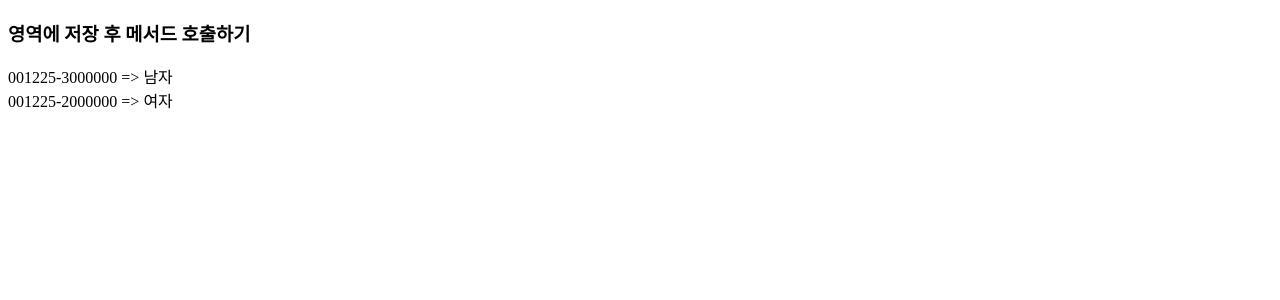
Repository: dogksi/JSP
Page: http://localhost/TestJSP/EL/ELCallMethod.jsp
An editor plug-in stored every save of this project. The page is shown before and after the next save, followed by the edit.
The browser window is 1280 px wide. The pictures show the whole page.
The page is served by Tomcat 10. Nobody is signed in. The application's start-up code is not run. Other server files are loaded and not shown.

Above is the page before, as saved 2023-09-15 08:40:32.

### TestJSP/src/main/webapp/EL/ELCallMethod.jsp
<%@page import="el.MyELClass"%>
<%@ page language="java" contentType="text/html; charset=UTF-8"
    pageEncoding="UTF-8"%>
<%
MyELClass myClass = new MyELClass();	// 객체 생성
pageContext.setAttribute("myClass", myClass);	// page 영역에 저장
%>
<!DOCTYPE html>
<html>
<head>
<meta charset="UTF-8">
<title>표현 언어(EL) - 메서드 호출</title>
</head>
<body>
	<h3>영역에 저장 후 메서드 호출하기</h3>
	001225-3000000 => ${ myClass.getGender("001225-3000000") }<br />
	001225-2000000 => ${ myClass.getGender("001225-2000000") }
</body>
</html>

### TestJSP/src/main/java/el/MyELClass.java
package el;

public class MyELClass {
	// 주민번호를 입력 받아 성별을 반환합니다.
	public String getGender(String jumin) {
		String returnStr = "";
		int beginIdx = jumin.indexOf("-") + 1;
		String genderStr = jumin.substring(beginIdx, beginIdx +1);
		int genderInt = Integer.parseInt(genderStr);
		if (genderInt == 1 || genderInt == 3)
			returnStr = "남자";
		else if (genderInt == 2 || genderInt == 4)
			returnStr = "여자";
		else
			returnStr = "주민번호 오류입니다.";
		return returnStr;
	}

	// 입력받은 문자열이 숫자인지 판별해줍니다.
	public static boolean isNumber(String value) {
		char[] chArr = value.toCharArray();
		for(int i = 0; i < chArr.length; i++) {
			if(!(chArr[i] >= '0' && chArr[i] <= '9')) {
				return false;
			}
		}
		return true;
	}

	// 입력받은 정수까지의 구구단을 HTML 테이블로 출력해줍니다.
}

After the next save:
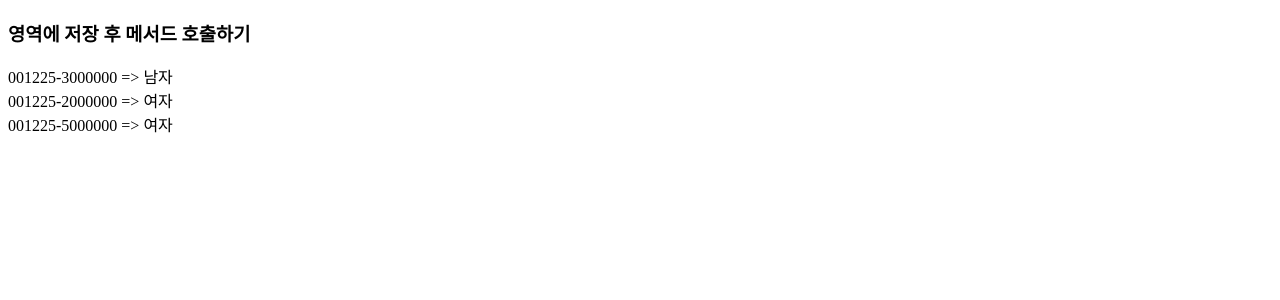
Saved 49 s later.
--- a/TestJSP/src/main/webapp/EL/ELCallMethod.jsp
+++ b/TestJSP/src/main/webapp/EL/ELCallMethod.jsp
@@ -14,6 +14,7 @@ pageContext.setAttribute("myClass", myClass);	// page 영역에 저장
 <body>
 	<h3>영역에 저장 후 메서드 호출하기</h3>
 	001225-3000000 => ${ myClass.getGender("001225-3000000") }<br />
-	001225-2000000 => ${ myClass.getGender("001225-2000000") }
+	001225-2000000 => ${ myClass.getGender("001225-2000000") }<br />
+	001225-5000000 => ${ myClass.getGender("001225-2000000") }<br />
 </body>
 </html>
